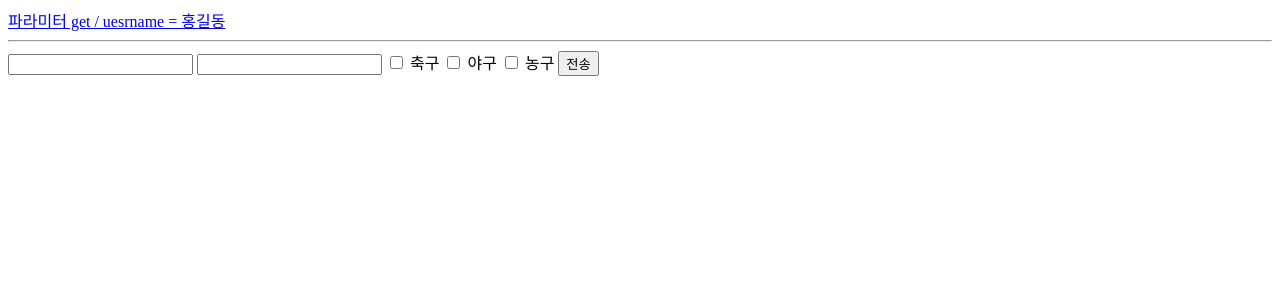
Repository: wo-ody/temptemp
Page: WebBasic/WebContent/ParameterTest.html
An editor plug-in stored every save of this project. The page is shown before and after the next save, followed by the edit.
The browser window is 1280 px wide. The pictures show the whole page.

Above is the page before, as saved 2023-09-14 06:42:02.

After the next save:
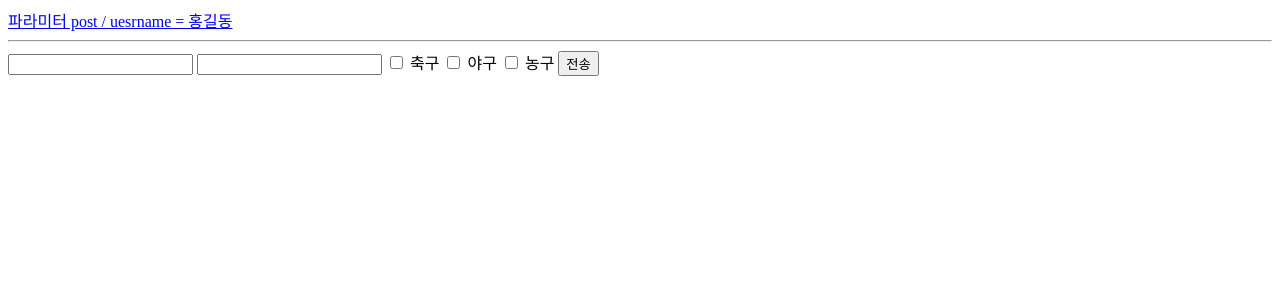
Saved 29 s later.
--- a/WebBasic/WebContent/ParameterTest.html
+++ b/WebBasic/WebContent/ParameterTest.html
@@ -6,7 +6,7 @@
 </head>
 <body>
 
-	<a href="/WebBasic/reqres?username=홍길동">파라미터 get / uesrname = 홍길동</a>
+	<a href="/WebBasic/reqres?username=홍길동">파라미터 post / uesrname = 홍길동</a>
 	<hr>
 	<form action="/WebBasic/reqres" method="post">
 		<input type="text" name="username">
